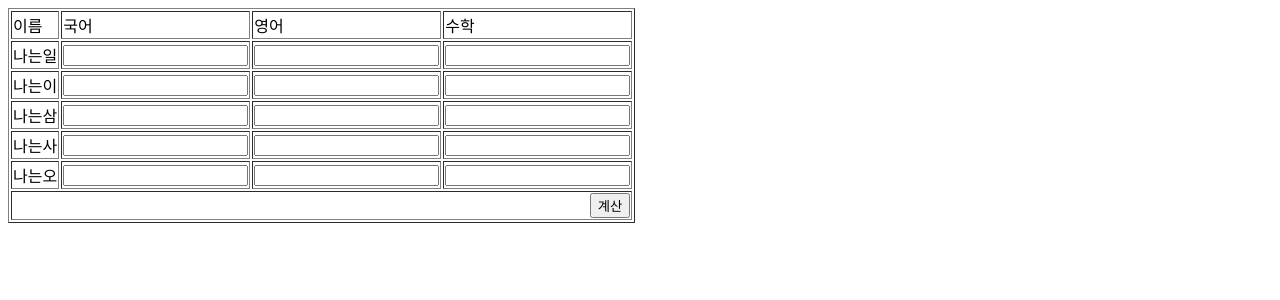
Repository: pshho/newJspProject
Page: http://localhost/JspProj/calc/student.jsp
These files come from the project's save history. The page is drawn as it stood at one moment and after the next save; the edit follows.
The browser window is 1280 px wide. The pictures show the whole page.
The page is served by Tomcat 9.

Above is the page before, as saved 2023-07-27 08:17:14.

After the next save:
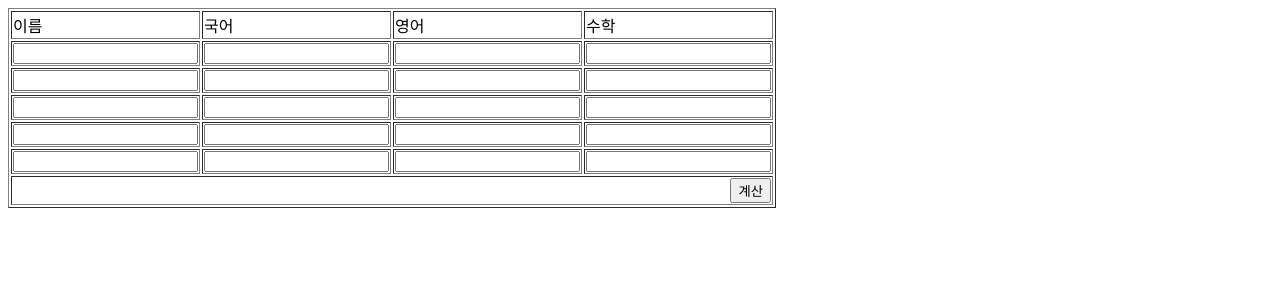
Saved 55 s later.
--- a/JspProj/src/main/webapp/calc/student.jsp
+++ b/JspProj/src/main/webapp/calc/student.jsp
@@ -21,7 +21,7 @@
 					for (int i=0; i<5; i++) {
 				%>
 				<tr>
-					<td><%= std[i] %></td>
+					<td><input type="text" name="std" /></td>
 					<td><input type="text" name="kor" /></td>
 					<td><input type="text" name="eng" /></td>
 					<td><input type="text" name="math" /></td>
